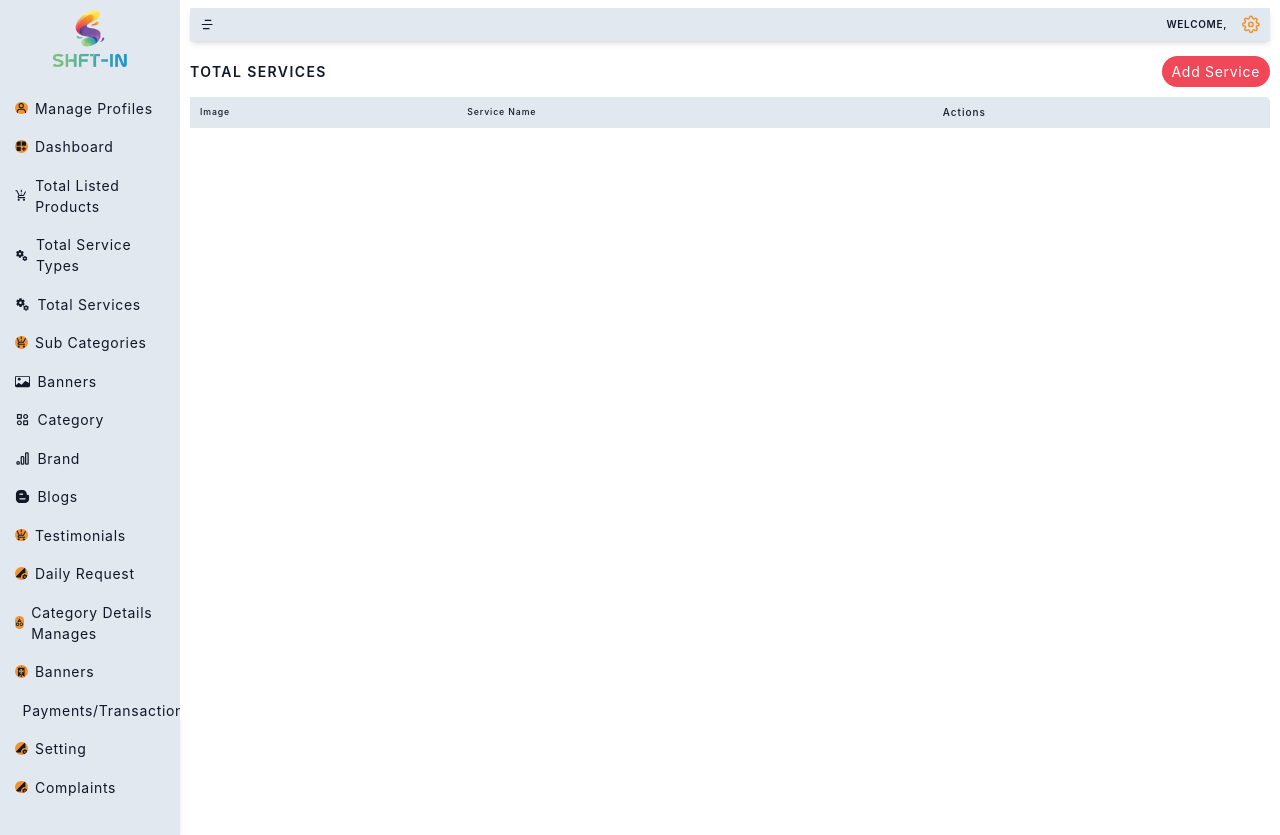
Repository: rohit0915/Mr-Arun-Chauhan-Admin-Panel
Page: /services
The author's editor kept a copy of each file at every save. The page is drawn from the files as they stood at one save, then again after the next save.
The browser window is 1280 px wide. The pictures show the whole page.
The page's requests for data from a server got no answer. The project was rebuilt for these pictures with package versions that can differ from the ones it lists, and the page was loaded fresh each time. No one was signed in, and anything a server would have sent is missing. Also part of the build but not shown: src/components/BaseUrl.jsx, src/components/forms/Login.jsx, src/components/pages/Dashboard.jsx, src/vendorPanel/components/Auth.jsx, src/components/pages/products/Products.jsx, src/components/pages/categories/Categories.jsx, src/components/pages/subcategories/SubCategories.jsx, src/components/pages/manageprofiles/ManageProfiles.jsx and 74 more.

Above is the page before, as saved 2022-11-16 13:02:00.

After the next save:
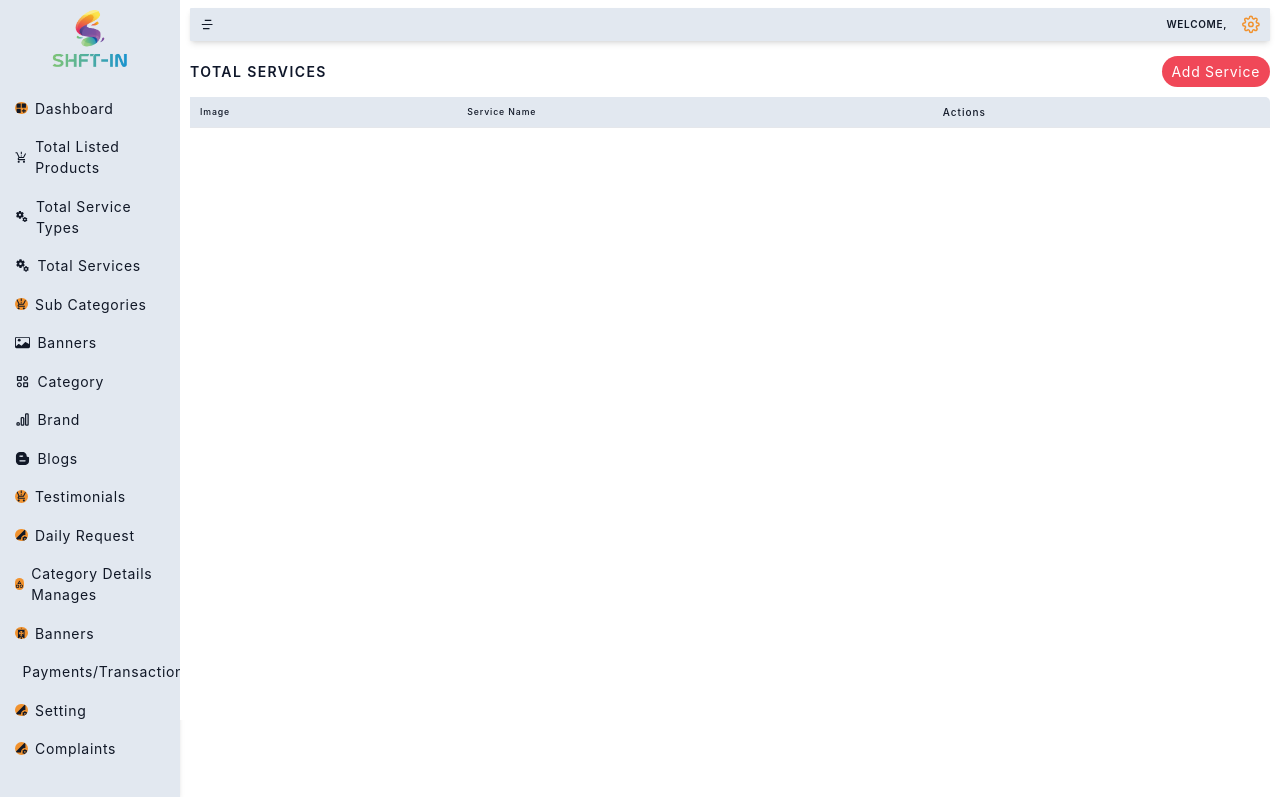
Saved 5 s later.
--- a/src/components/layout/Sidebar.jsx
+++ b/src/components/layout/Sidebar.jsx
@@ -25,13 +25,13 @@ import {
 const Sidebar = ({ hamb, setHamb }) => {
   const nav = [
 
-    {
-      icon: (
-        <BiUser className="text-xl mr-3 rounded-full bg-[rgb(241,146,46)]" />
-      ),
-      link: "/manage-profiles ",
-      name: "Manage Profiles",
-    },
+    // {
+    //   icon: (
+    //     <BiUser className="text-xl mr-3 rounded-full bg-[rgb(241,146,46)]" />
+    //   ),
+    //   link: "/manage-profiles ",
+    //   name: "Manage Profiles",
+    // },
     {
       icon: (
         <MdDashboardCustomize className="text-xl mr-3 rounded-full bg-[rgb(241,146,46)]" />
